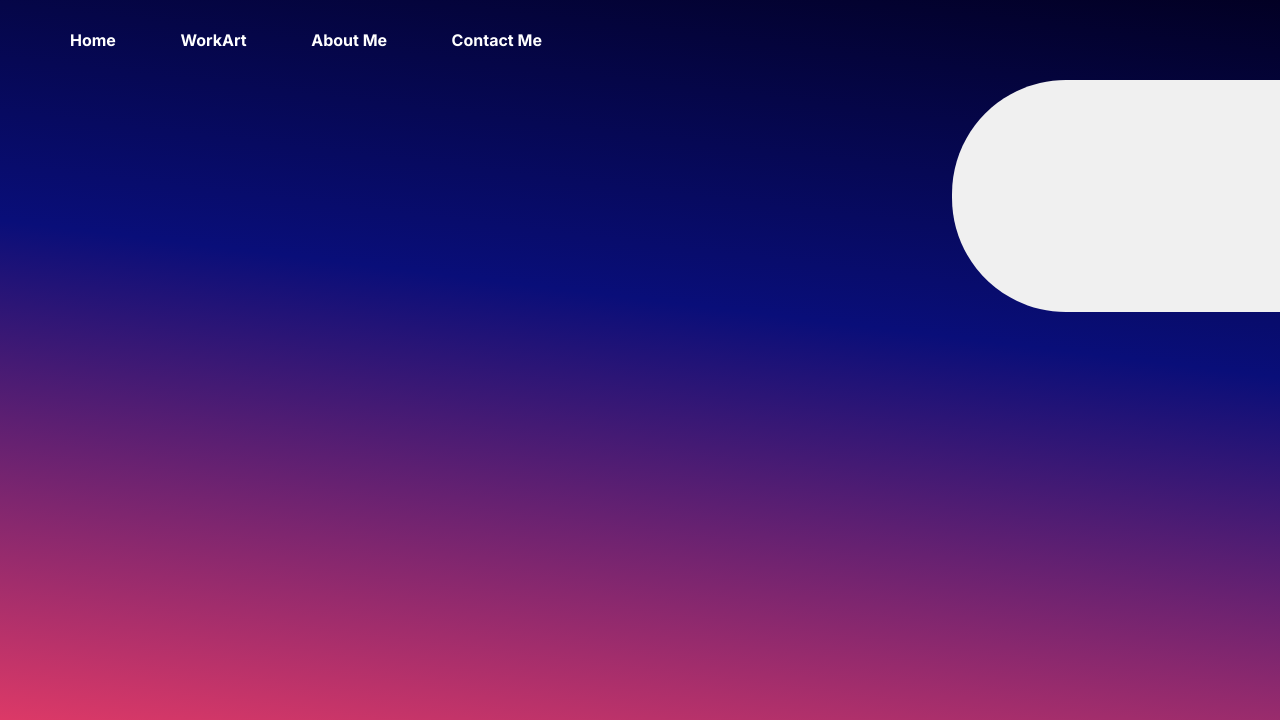
Repository: sius012/DiWorkbench
Page: index.html
These files come from the project's save history. The page is drawn as it stood at one moment and after a run of saves; the edit follows.
The browser window is 1280 px wide. The pictures show the whole page.

Above is the page before, as saved 2023-04-06 20:43:00.

After the next 2 saves:
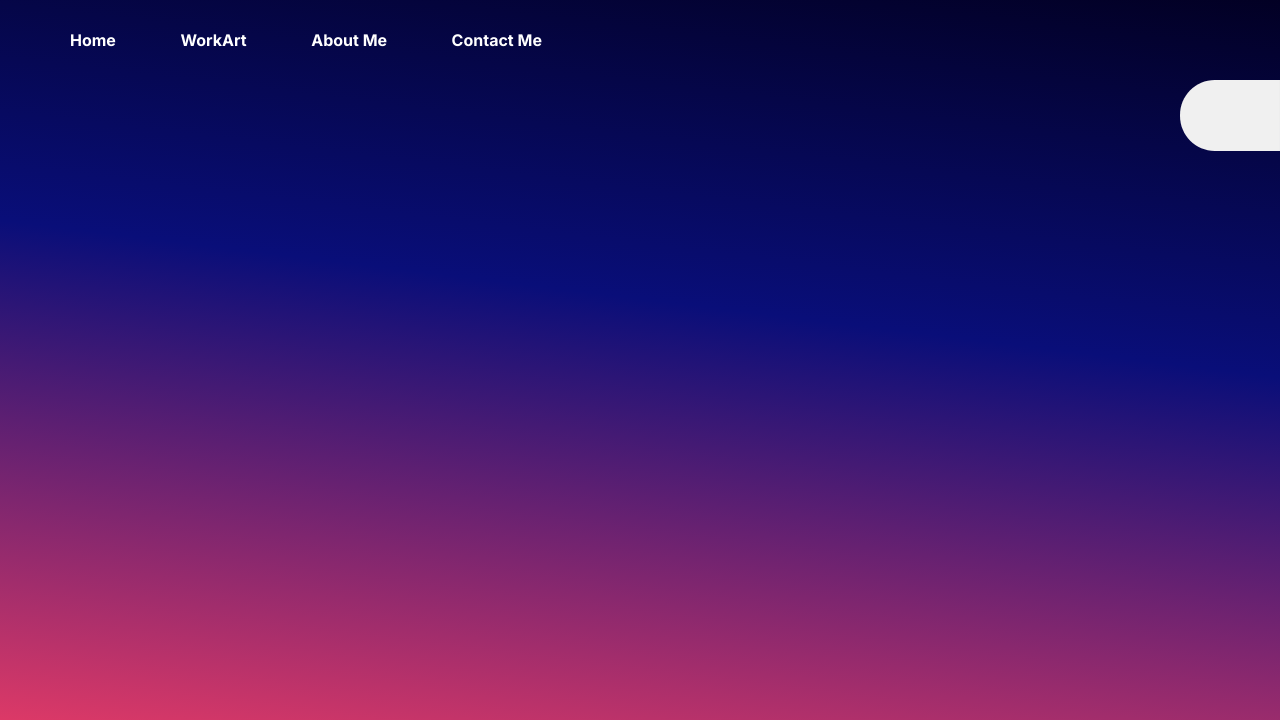
The 2 saves are shown as one change because they came seconds apart.
The last was saved 7 s later.
--- a/index.html
+++ b/index.html
@@ -41,7 +41,7 @@
 
       .container img{
         float: right;
-        size: 50px;
+        width: 100px;
       }
 
     </style>
